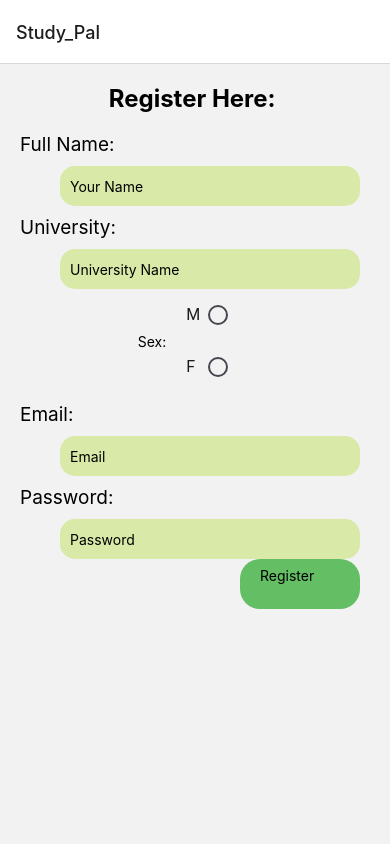
Repository: abdurehmanali611/Study-Pal
Screen: /
An editor plug-in stored every save of this project. The screen is shown before and after the next save, followed by the edit.
The app was drawn by React Native's web renderer in a window 390 px wide. The project was rebuilt for these pictures with package versions that can differ from the ones it lists, and the page was loaded fresh each time. Also part of the build but not shown: Front_Pages/Home.js, Screens/Softwareeng.js, Screens/Computersci.js, Screens/Informationsci.js, Screens/Informationtech.js, Screens/Softwarecards.js, Screens/Computercards.js, Screens/Sciencecards.js and 4 more.

Above is the screen before, as saved 2024-01-23 22:25:01.

After the next save:
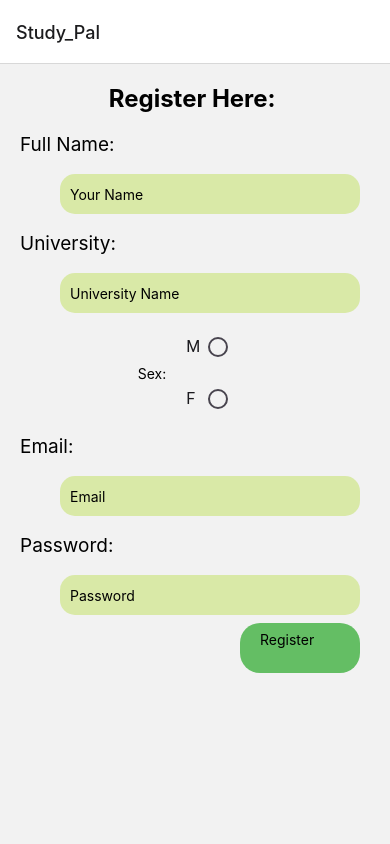
Saved 8 s later.
--- a/Front_Pages/Sign_Up.js
+++ b/Front_Pages/Sign_Up.js
@@ -143,7 +143,8 @@ const styles = StyleSheet.create ({
         backgroundColor: randomRGB(),
         width: 300,
         height: 40,
-        paddingLeft: 10
+        paddingLeft: 10,
+        marginVertical: 8
     },
     press : {
       marginHorizontal: 220,
